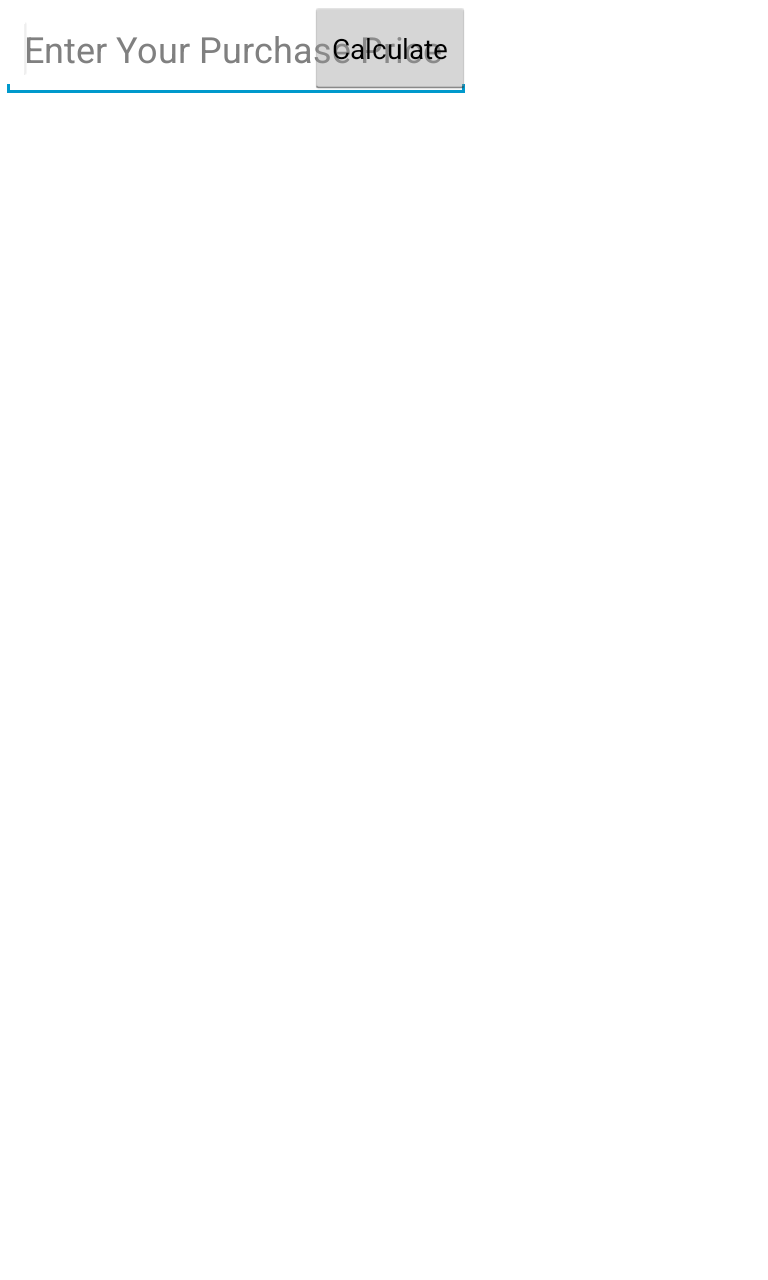
Repository: missxlian/angelHackSac
Layout: workspace/NoteHack/res/layout/fragment_section_intrate.xml
An editor plug-in stored every save of this project. The layout is shown before and after the next save, followed by the edit.
It is drawn on a 768 x 1280 px phone screen (xhdpi) without system bars, with theme android:Theme.Holo.Light.DarkActionBar; the app's code is not run.

Above is the layout before, as saved 2013-12-01 19:41:46.

### workspace/NoteHack/res/layout/fragment_section_intrate.xml
<?xml version="1.0" encoding="utf-8"?>
<GridLayout xmlns:android="http://schemas.android.com/apk/res/android"
    android:id="@+id/GridLayout1"
    android:layout_width="match_parent"
    android:layout_height="match_parent"
    android:columnCount="4"
    android:orientation="horizontal" >

    <Space
        android:layout_column="3"
        android:layout_gravity="fill_vertical"
        android:layout_row="4" />

    <EditText
        android:id="@+id/purPrice"
        android:layout_width="236dp"
        android:layout_height="50dp"
        android:layout_column="0"
        android:layout_gravity="left|top"
        android:layout_row="1"
        android:ems="10"
        android:hint="Enter Your Purchase Price"
        android:inputType="numberDecimal" >

        <requestFocus />
    </EditText>

    <Button
        android:id="@+id/interestRate"
        style="?android:attr/buttonStyleSmall"
        android:layout_width="wrap_content"
        android:layout_column="0"
        android:layout_gravity="right|top"
        android:layout_row="1"
        android:text="Calculate" />

    <TextView
        android:id="@+id/textView1"
        android:layout_width="wrap_content"
        android:layout_height="wrap_content"
        android:layout_column="0"
        android:layout_gravity="center"
        android:layout_row="2"
        android:text=" " />

</GridLayout>

After the next save:
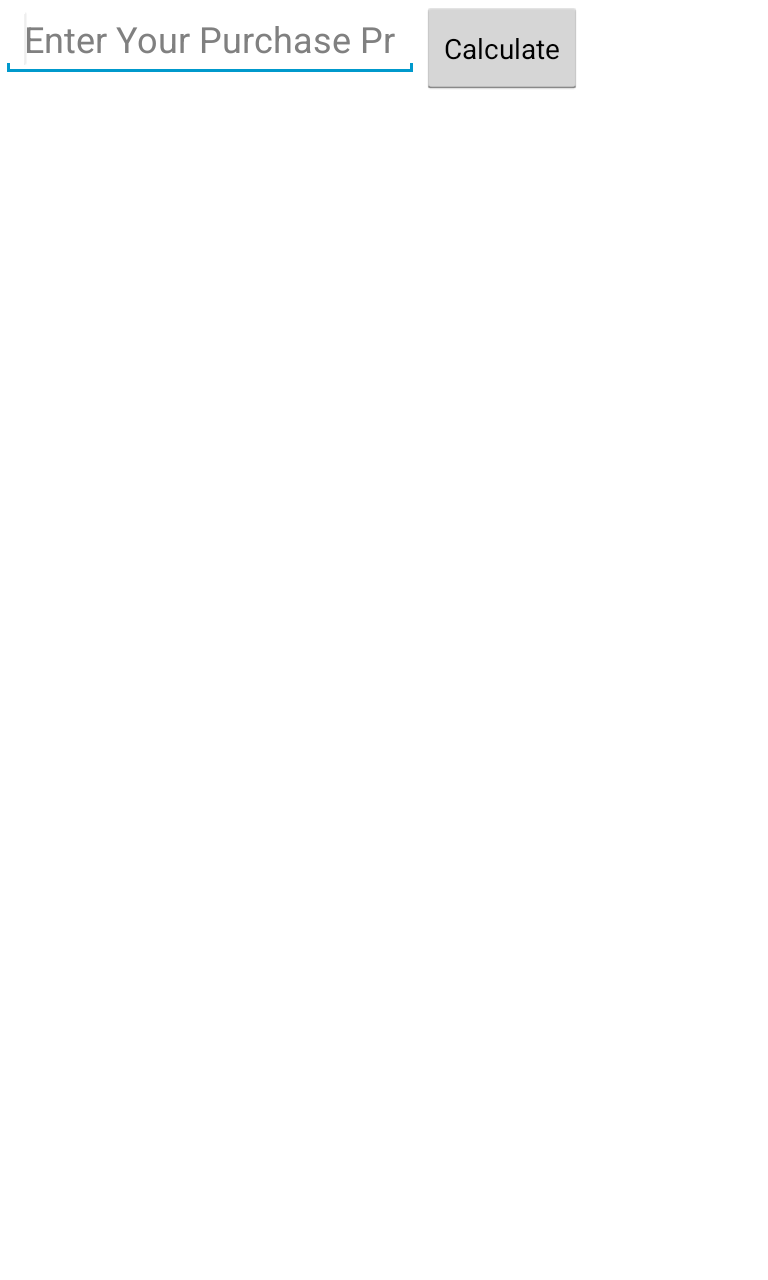
Saved 2 min 17 s later.
--- a/workspace/NoteHack/res/layout/fragment_section_intrate.xml
+++ b/workspace/NoteHack/res/layout/fragment_section_intrate.xml
@@ -3,18 +3,18 @@
     android:id="@+id/GridLayout1"
     android:layout_width="match_parent"
     android:layout_height="match_parent"
-    android:columnCount="4"
+    android:columnCount="5"
     android:orientation="horizontal" >
 
     <Space
-        android:layout_column="3"
+        android:layout_column="4"
         android:layout_gravity="fill_vertical"
         android:layout_row="4" />
 
     <EditText
         android:id="@+id/purPrice"
-        android:layout_width="236dp"
-        android:layout_height="50dp"
+        android:layout_width="wrap_content"
+        android:layout_height="wrap_content"
         android:layout_column="0"
         android:layout_gravity="left|top"
         android:layout_row="1"
@@ -25,15 +25,6 @@
         <requestFocus />
     </EditText>
 
-    <Button
-        android:id="@+id/interestRate"
-        style="?android:attr/buttonStyleSmall"
-        android:layout_width="wrap_content"
-        android:layout_column="0"
-        android:layout_gravity="right|top"
-        android:layout_row="1"
-        android:text="Calculate" />
-
     <TextView
         android:id="@+id/textView1"
         android:layout_width="wrap_content"
@@ -43,4 +34,13 @@
         android:layout_row="2"
         android:text=" " />
 
+    <Button
+        android:id="@+id/interestRate"
+        style="?android:attr/buttonStyleSmall"
+        android:layout_width="wrap_content"
+        android:layout_column="1"
+        android:layout_gravity="left|top"
+        android:layout_row="1"
+        android:text="Calculate" />
+
 </GridLayout>
